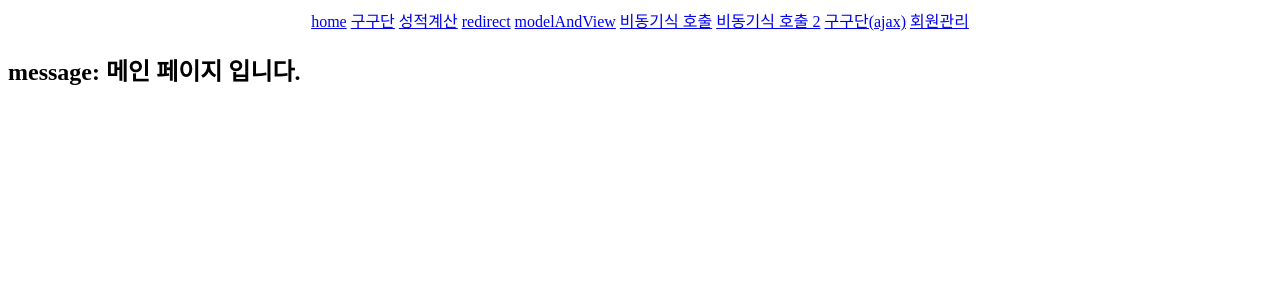
Repository: junhyeoksin/spring_program
Page: http://localhost/springProgram/
The author's editor kept a copy of each file at every save. The page is drawn from the files as they stood at one save, then again after the next save.
The browser window is 1280 px wide. The pictures show the whole page.
The page is served by Tomcat 9.

Above is the page before, as saved 2022-01-05 14:39:11.

After the next save:
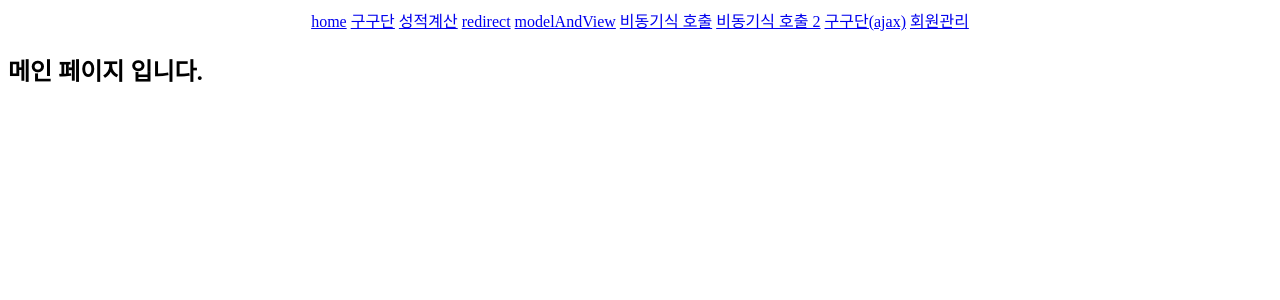
Saved 10 s later.
--- a/springProgram/src/main/webapp/WEB-INF/views/main.jsp
+++ b/springProgram/src/main/webapp/WEB-INF/views/main.jsp
@@ -8,6 +8,6 @@
 </head>
 <body>
 <%@ include file="include/menu.jsp" %>
-<h2>message: ${message}</h2>
+<h2> ${message}</h2>
 </body>
 </html>
